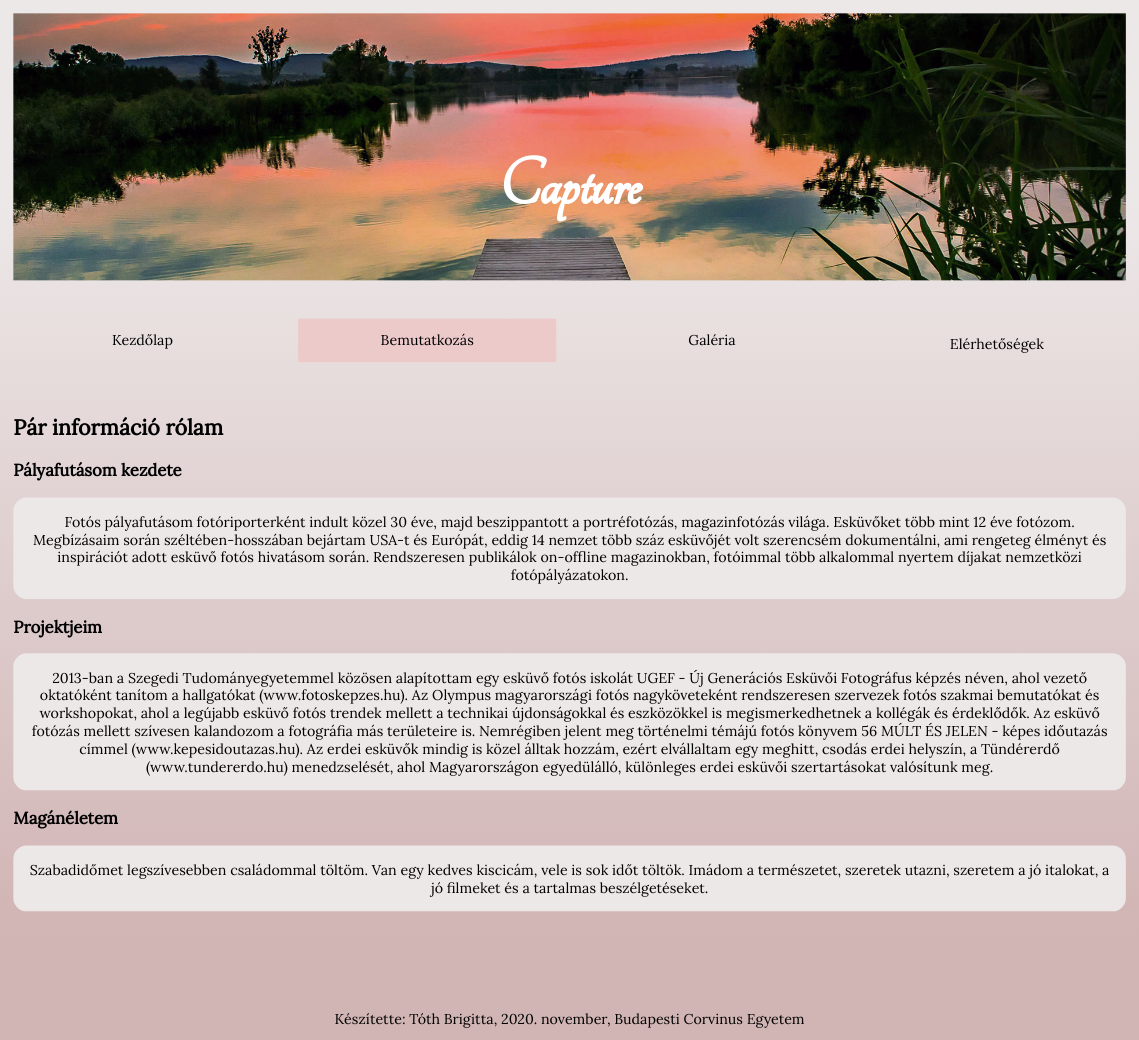
Repository: btoth-8/WebsiteProject
Page: bemutatkozas.html
The author's editor kept a copy of each file at every save. The page is drawn from the files as they stood at one save, then again after the next save.
The browser window is 1280 px wide. The pictures show the whole page, at 89% of full size.

Above is the page before, as saved 2022-08-18 17:06:21.

After the next save:
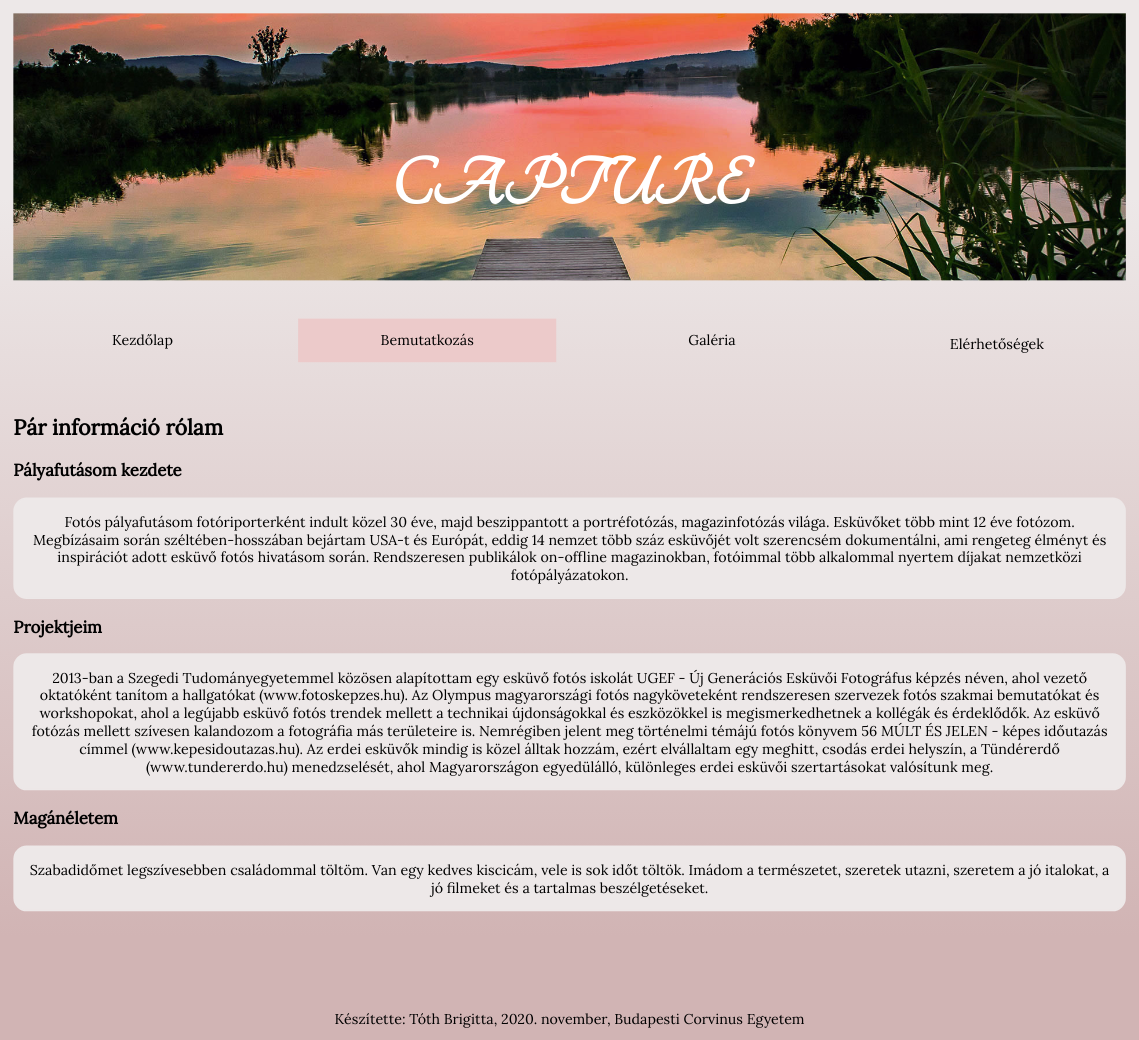
Saved 30 s later.
--- a/bemutatkozas.html
+++ b/bemutatkozas.html
@@ -17,7 +17,7 @@
     <div class="row">
         <div class="col-12 col-t-12">
           <header>
-              <p><h1>Capture</h1></p>
+              <p><h1>CAPTURE</h1></p>
           </header>
         </div>
       </div>

After the save that followed:
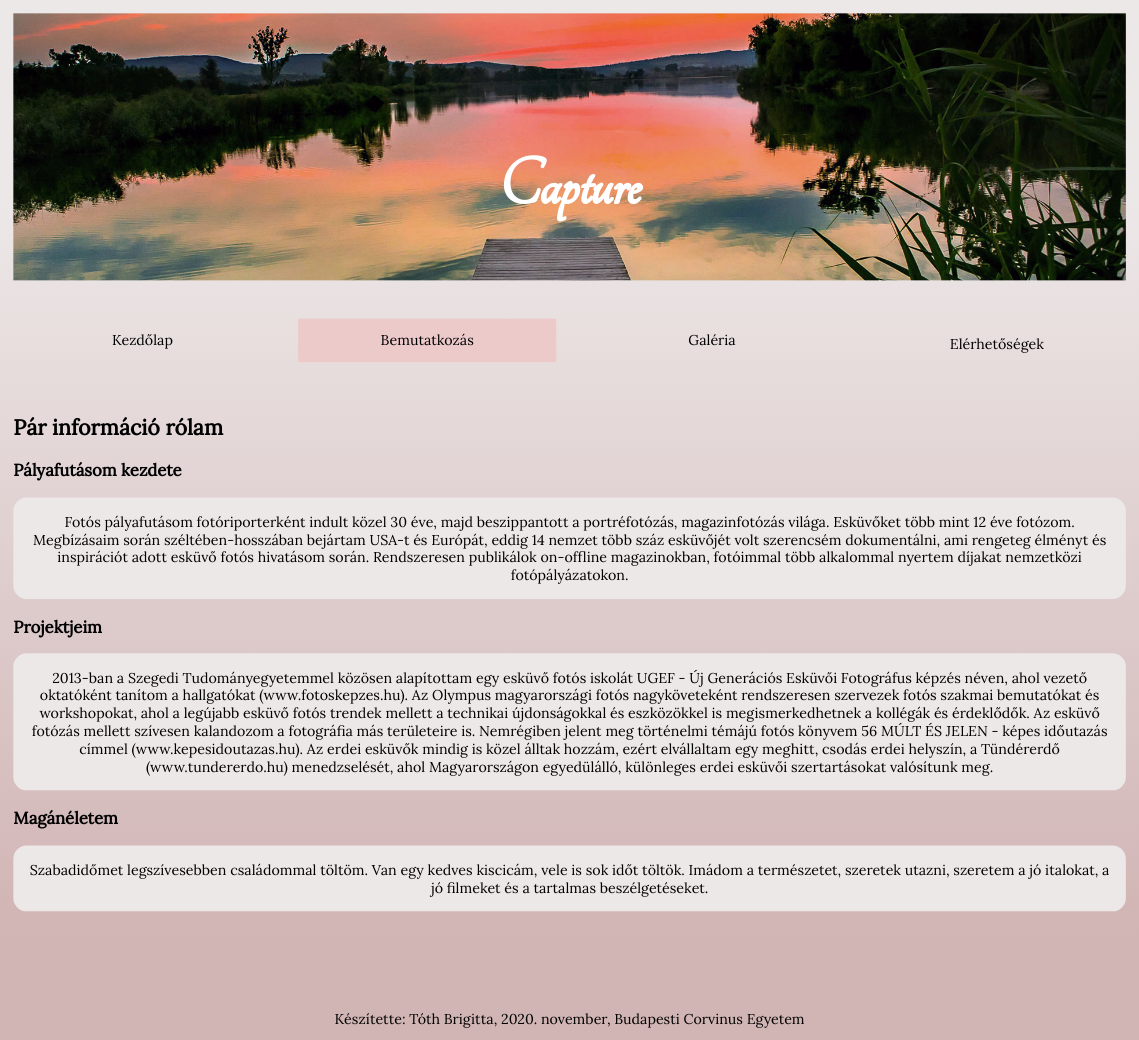
Saved 13 s later.
--- a/bemutatkozas.html
+++ b/bemutatkozas.html
@@ -17,7 +17,7 @@
     <div class="row">
         <div class="col-12 col-t-12">
           <header>
-              <p><h1>CAPTURE</h1></p>
+              <p><h1>Capture</h1></p>
           </header>
         </div>
       </div>
